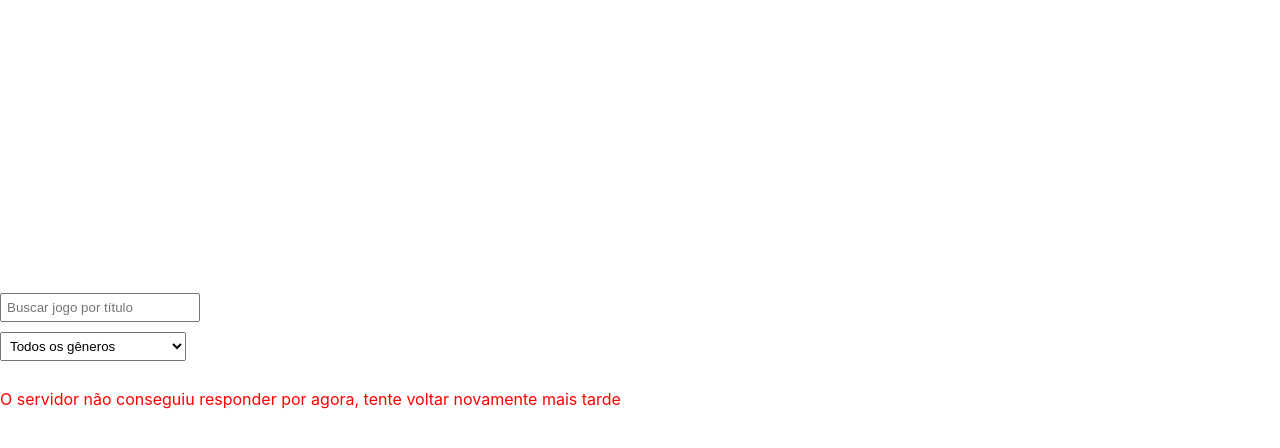
Repository: nlemuel/games-front-test
Page: /
These files come from the project's save history. The page is drawn as it stood at one moment and after the next save; the edit follows.
The browser window is 1280 px wide. The pictures show the whole page.
The page's requests for data from a server got no answer. The project was rebuilt for these pictures with package versions that can differ from the ones it lists, and the page was loaded fresh each time. No one was signed in, and anything a server would have sent is missing. Also part of the build but not shown: vite.config.ts.

Above is the page before, as saved 2023-06-25 11:47:29.

### src/App.tsx
import React, { useState, useEffect } from 'react';
import styled from 'styled-components';
import axios, { AxiosResponse } from 'axios';

interface Game {
  id: number;
  title: string;
  genre: string;
  thumbnail: string;
  short_description: string;
}

const API_URL = 'https://games-test-api-81e9fb0d564a.herokuapp.com/api/data/';

const Container = styled.div`
  display: flex;
  flex-wrap: wrap;
  justify-content: center;
`;

const Card = styled.div`
  flex: 0 0 30%;
  margin: 10px;
  padding: 10px;
  background-color: #161716;
  border-radius: 5px;
`;

const Title = styled.h3`
  color: #f6a700;
  margin: 0;
`;

const Image = styled.img`
  width: 100%;
  height: auto;
  margin-bottom: 10px;
`;

const ErrorMessage = styled.p`
  color: red;
`;

const Loader = styled.div`
  display: flex;
  justify-content: center;
  align-items: center;
  height: 200px;
  font-size: 24px;
`;

const SearchBar = styled.input`
  display: flex;
  justify-content: center;
  width: 30%;
  margin-bottom: 10px;
  padding: 5px;
`;

const GenreFilter = styled.select`
  display: flex;
  justify-content: center;
  width: 30%;
  margin-bottom: 10px;
  padding: 5px;
`;

const App: React.FC = () => {
  const [loading, setLoading] = useState<boolean>(true);
  const [error, setError] = useState<string>('');
  const [games, setGames] = useState<Game[]>([]);
  const [searchTerm, setSearchTerm] = useState<string>('');
  const [selectedGenre, setSelectedGenre] = useState<string>('');

  useEffect(() => {
    const fetchGames = async () => {
      try {
        setLoading(true);
        setError('');

        const config = {
          headers: {
            'dev-email-address': 'lemuelayres@gmail.com'
          },
        };

        const response: AxiosResponse<Game[]> = await axios.get(API_URL, config);
        setGames(response.data);
      } catch (error: any) {
        if (error.response && error.response.status >= 500 && error.response.status <= 509) {
          setError('O servidor falhou em responder, tente recarregar a página');
        } else {
          setError('O servidor não conseguiu responder por agora, tente voltar novamente mais tarde');
        }
      } finally {
        setLoading(false);
      }
    };

    fetchGames();
  }, []);

  const handleSearch = (event: React.ChangeEvent<HTMLInputElement>) => {
    setSearchTerm(event.target.value);
  };

  const handleGenreChange = (event: React.ChangeEvent<HTMLSelectElement>) => {
    setSelectedGenre(event.target.value);
  };

  const filteredGames = games.filter((game) =>
    game.title.toLowerCase().includes(searchTerm.toLowerCase())
  );

  const filteredGamesByGenre = selectedGenre
    ? filteredGames.filter((game) => game.genre === selectedGenre)
    : filteredGames;

  return (
    <div>
      <SearchBar type="text" placeholder="Buscar jogo por título" onChange={handleSearch} />

      <GenreFilter value={selectedGenre} onChange={handleGenreChange}>
        <option value="">Todos os gêneros</option>
        {[...new Set(games.map((game) => game.genre))].map((genre) => (
          <option key={genre} value={genre}>
            {genre}
          </option>
        ))}
      </GenreFilter>

      {loading ? (
        <Loader>Carregando...</Loader>
      ) : (
        <Container>
          {filteredGamesByGenre.map((game) => (
            <Card key={game.id}>
              <Title>{game.title}</Title>
              <Image src={game.thumbnail} alt={game.title} />
              <p>{game.short_description}</p>
            </Card>
          ))}
        </Container>
      )}

      {error && <ErrorMessage>{error}</ErrorMessage>}
    </div>
  );
};

export default App;

### src/index.css
:root {
  font-family: Inter, system-ui, Avenir, Helvetica, Arial, sans-serif;
  line-height: 1.5;
  font-weight: 400;

  color-scheme: light dark;
  color: rgba(255, 255, 255, 0.87);
  background-color: #171617;

  font-synthesis: none;
  text-rendering: optimizeLegibility;
  -webkit-font-smoothing: antialiased;
  -moz-osx-font-smoothing: grayscale;
  -webkit-text-size-adjust: 100%;
}

a {
  font-weight: 500;
  color: #646cff;
  text-decoration: inherit;
}
a:hover {
  color: #535bf2;
}

body {
  margin: 0;
  display: flex;
  place-items: center;
  min-width: 320px;
  min-height: 100vh;
}

h1 {
  font-size: 3.2em;
  line-height: 1.1;
}

button {
  border-radius: 8px;
  border: 1px solid transparent;
  padding: 0.6em 1.2em;
  font-size: 1em;
  font-weight: 500;
  font-family: inherit;
  background-color: #1a1a1a;
  cursor: pointer;
  transition: border-color 0.25s;
}
button:hover {
  border-color: #646cff;
}
button:focus,
button:focus-visible {
  outline: 4px auto -webkit-focus-ring-color;
}

@media (prefers-color-scheme: light) {
  :root {
    color: #213547;
    background-color: #ffffff;
  }
  a:hover {
    color: #747bff;
  }
  button {
    background-color: #f9f9f9;
  }
}

Loaded but not shown: index.html (common file); src/main.tsx (common file)

After the next save:
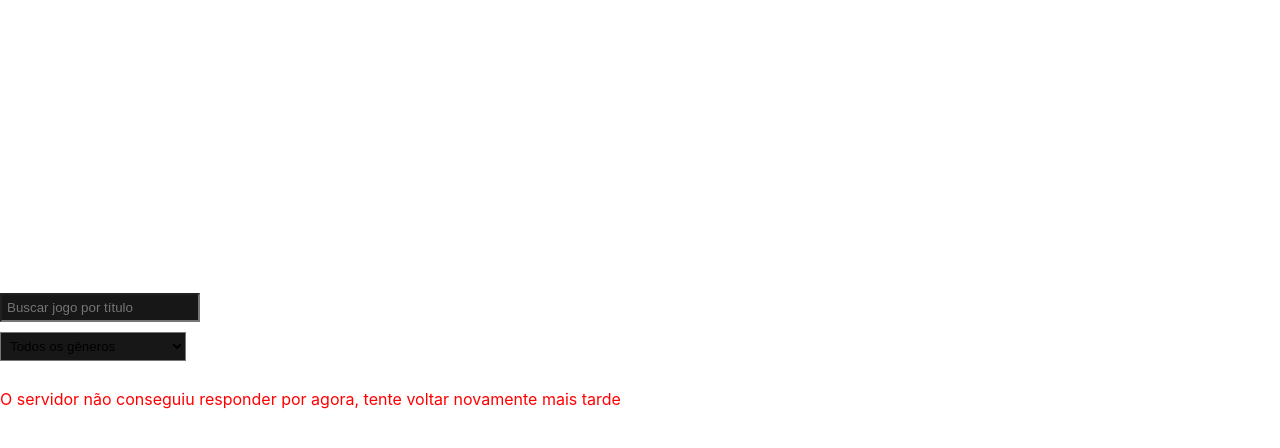
Saved 82 s later.
--- a/src/App.tsx
+++ b/src/App.tsx
@@ -55,6 +55,8 @@ const SearchBar = styled.input`
   width: 30%;
   margin-bottom: 10px;
   padding: 5px;
+
+  background-color: #161716;
 `;
 
 const GenreFilter = styled.select`
@@ -63,6 +65,8 @@ const GenreFilter = styled.select`
   width: 30%;
   margin-bottom: 10px;
   padding: 5px;
+
+  background-color: #161716;
 `;
 
 const App: React.FC = () => {
